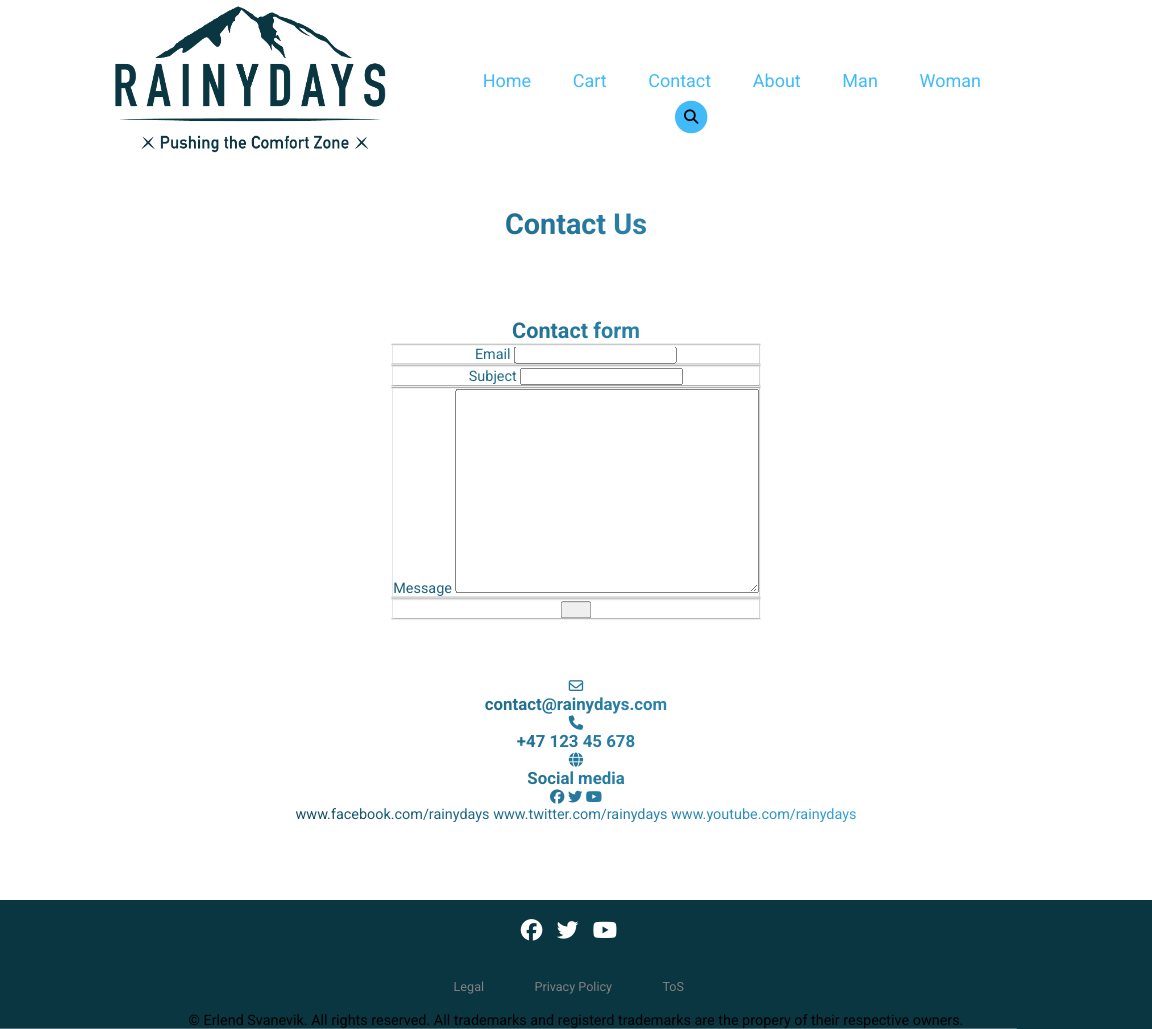
Repository: EpleWasTaken/RainyDays
Page: contact.html
The author's editor kept a copy of each file at every save. The page is drawn from the files as they stood at one save, then again after the next save.
The browser window is 1280 px wide. The pictures show the whole page, at 90% of full size.
Some web libraries are served in a nearby version.

Above is the page before, as saved 2020-10-31 17:13:31.

### contact.html
<!DOCTYPE html>
<html lang="en">

<head>
  <title>Front Page</title>
  <meta charset="UTF-8">
  <meta name="viewport" content="width=device-width, initial-scale=1.0" />
  <link rel="stylesheet" href="https://fonts.googleapis.com/css2?family=Roboto:wght@400;700&display=swap" />
  <link rel="stylesheet" href="/css/styles.css" />
  <link rel="stylesheet" href="/css/footer.css" />
  <link rel="stylesheet" href="/css/contact.css" />
  <script src="https://kit.fontawesome.com/cafca22d75.js" crossorigin="anonymous"></script>
</head>

<body>
  <header>
    <div class="logo-container">
      <a href="index.html">
      <img src="./images/RainyDays_Logo.png" class="logo" alt="logo">
    </div>

    <nav>
      <ul class="nav-links">
        <li><a class="nav-link" href="index.html">Home</a></li>
        <li><a class="nav-link" href="cart.html">Cart</a></li>
        <li><a class="nav-link" href="contact.html">Contact</a></li>
        <li><a class="nav-link" href="about.html">About</a></li>
        <li><a class="nav-link" href="man.html">Man</a></li>
        <li><a class="nav-link" href="woman.html">Woman</a></li>
      </ul>
    </nav>
    <div class="search-box">
      <input class="search-txt" type="text" name="" placeholder="Type to search..." <a class="search-btn" href="#0">
      <i class="fas fa-search"></i>
      </a>
    </div>
  </header>
  <main>
    <h1>Contact Us</h1>
    <section class="contact-container">
      <section class="contact-form">
        <h2>Contact form</h2>
        <form action="submit.php" method="GET">
          <fieldset class="email">
            <label for="email">Email</label>
            <input type="email" name="email" placeholder="example@outlook.com">
          </fieldset>
          <fieldset class="subject">
            <label for="subject">Subject</label>
            <input type="subject" name="subject" placeholder="Subject">
          </fieldset>
          <fieldset class="message">
            <label for="message">Message</label>
            <textarea name="message" id="message" cols="40" rows="15"></textarea>
          </fieldset>
          <fieldset class="submit">
            <button class="btn-submit">Send</button>
          </fieldset>
        </form>
    </section>
    <section class="other-contacts">
      <div class="email">
        <i class="far fa-envelope"></i>
        <h3>contact@rainydays.com</h3>
      </div>
      <div class="phone">
        <i class="fas fa-phone"></i>
        <h3>+47 123 45 678</h3>
      </div>
      <div class="social-media">
        <i class="fas fa-globe"></i>
        <h3>Social media</h3>
        <div class="social-media-icons">
          <a href="#0"><i class="fab fa-facebook"></i></a>
          <a href="#0"><i class="fab fa-twitter"></i></a>
          <a href="#0"><i class="fab fa-youtube"></i></a>
        </div>
      </div>
      <div class="social-media-links">
        <a href="#0">www.facebook.com/rainydays</a>
        <a href="#0">www.twitter.com/rainydays</a>
        <a href="#0">www.youtube.com/rainydays</a>
      </div>
    </section>
  </main>
  <footer class="footer">
    <div class="footer-container">
      <ul class="footer-social">
        <li>
          <a href="#0" class="facebook"><i class="fab fa-facebook"></i></a>
        </li>
        <li>
          <a href="#0" class="twitter"><i class="fab fa-twitter"></i></a>
        </li>
        <li>
          <a href="#0" class="youtube"><i class="fab fa-youtube"></i></a>
        </li>
      </ul>
    </div>
    <div class="footer-container">
      <div class="footer-legal">
        <a href="#0">Legal</a>
        <a href="#0">Privacy Policy</a>
        <a href="#0">ToS</a>
      </div>
      <div class="footer-copyright">
        &copy; Erlend Svanevik. All rights reserved. All trademarks and registerd trademarks are the propery of
        their respective owners.
      </div>
  </footer>
</body>

</html>

### css/styles.css
* {
	margin: 0;
	padding: 0;
	box-sizing: border-box;
}

body {
	font-family: "Roboto", sans-serif;
}

button {
	font-family: "Roboto", sans-serif;
}

header {
	display: flex;
	width: 80%;
	height: 25vh;
	margin: auto;
	align-items: center;
}

.logo-container,
.nav-links,
.search {
	display: flex;
}

.logo-container {
	flex: 1;
}

.logo {
	width: 300px;
}

nav {
	display: flex;
	flex: 4;
	justify-content: center;
	align-items: center;
	margin: auto;
}

.nav-links {
	justify-content: space-between;
	list-style: none;
	height: 30px;
	align-items: center;
	width: 600px;
}

.nav-link {
	display: flex;
	color: #40baf9;
	font-size: 20px;
	text-decoration: none;
}

.search {
	flex: 1;
	justify-content: flex-end;
}

.presentation {
	display: flex;
	width: 80%;
	margin: auto;
	min-height: 80vh;
	align-items: center;
}

.introduction {
	flex: 1;
}

.slogan-text {
	font-size: 30px;
	font-weight: 500;
	background: linear-gradient(to right, #0a3641, #40baf9);
	-webkit-background-clip: text;
	-webkit-text-fill-color: transparent;
}

.slogan-text p {
	margin: 5px;
	font-size: 22px;
	color: grey;
}

.cta {
	padding: 50px 50px 0px 0px;
}

.cta-col {
	border: 2px solid #0a3641;
	background: transparent;
	color: #0a3641;
	width: 150px;
	height: 50px;
	cursor: pointer;
	font-size: 20px;
}

.cta-view {
	background: #0a3641;
	width: 150px;
	height: 50px;
	cursor: pointer;
	font-size: 20px;
	border: none;
	color: white;
	margin: 30px 0px 0px 30px;
}

.cover {
	flex: 1;
}

.cover img {
	height: 60vh;
}

/* SEARCHBAR */

.search-box {
	position: absolute;
	top: 18%;
	left: 60%;
	transform: translate(-50%, -50%);
	background: #40baf9;
	height: 36px;
	border-radius: 40px;
	padding: 10px;
	display: flex;
	justify-content: center;
	align-items: center;
}

.search-txt {
	border: none;
	background: none;
	outline: none;
	float: left;
	padding: 0;
	color: black;
	font-size: 16px;
	transition: 0.4s;
	line-height: 40px;
	width: 0px;
}

.search-box:hover > .search-txt {
	width: 240px;
	padding: 0 6px;
}

::placeholder {
	color: black;
}

.search-btn {
	color: #0a3641;
	float: right;
	width: 40px;
	height: 40px;
	border-radius: 50%;
}

.search-btn i {
	cursor: pointer;
}

@media screen and (max-width: 1024px) {
	.presentation {
		flex-direction: column;
	}

	.introduction {
		margin-top: 5vh;
		text-align: center;
	}

	.slogan-text h1 {
		font-size: 30px;
	}

	.slogan-text p {
		font-size: 18px;
	}

	.cta {
		padding: 10px 0px 20px 0px;
	}

	.logo {
		width: 270px;
	}

	.search-box {
		top: 18%;
		left: 70%;
		transform: none;
		width: 240px;
	}

	.nav-links {
		width: 400px;
	}

	nav {
		display: none;
	}

	.search-box {
		display: none;
	}
}

### css/footer.css
/* FOOTER */

footer {
	display: flex;
	flex-direction: column;
	justify-content: center;
	align-items: center;
	background-color: #0a3641;
	position: relative;
	bottom: 0;
	left: 0;
	right: 0;
}

.footer-social {
	display: flex;
	align-items: center;
	justify-content: center;
	list-style: none;
	padding: 20px;
	font-size: 1.5rem;
}

.footer-social li {
	margin-right: 1rem;
}

.footer-social a {
	text-decoration: none;
	color: white;
}

.footer-social li a.facebook:hover {
	color: #3b5998;
}

.footer-social li a.twitter:hover {
	color: #00acee;
}

.footer-social li a.youtube:hover {
	color: #c4302b;
}

.footer-legal {
	display: flex;
	justify-content: center;
	align-items: center;
	font-size: 2rem;
}

.footer-legal a {
	color: grey;
	text-decoration: none;
	margin-right: 1rem;
	font-size: 14px;
	padding: 20px;
}

.footer-legal a:hover {
	color: white;
}

.footer-copyright p {
	display: flex;
	text-decoration: none;
	margin-right: 1rem;
	font-size: 14px;
	padding: 20px;
}

/* MEDIA QUERIES */

@media screen and (max-with: 1024px) {
	footer .footer_container {
		flex-direction: row;
	}

	footer .footer_container.flex {
		display: unset;
	}

	.footer-container {
	}
}

### css/contact.css
* {
	margin: 0;
	padding: 0;
	box-sizing: inherit;
}

html {
	font-family: "Roboto", sans-serif;
	box-sizing: border-box;
}

main {
	padding-top: 50px;
	margin-left: 5rem;
	padding-right: 5rem;
}

h1 {
	display: flex;
	align-items: center;
	justify-content: center;
	margin: auto;
	background: linear-gradient(to right, #0a3641, #40baf9);
	-webkit-background-clip: text;
	-webkit-text-fill-color: transparent;
}

.contact-container {
	display: grid;
	grid-template-columns: 1fr;
	gap: 4rem 2rem;
	margin: 5%;
	background: linear-gradient(to right, #0a3641, #40baf9);
	-webkit-background-clip: text;
	-webkit-text-fill-color: transparent;
}

section.contact-container {
	display: flex;
	flex-direction: column;
	justify-content: space-between;
	text-align: center;
	height: 100%;
	padding: 30px;
}

section.contact-container .email,
section.contact-container .subject {
	font-size: 1rem;
}

section.contact-form {
	display: flex;
	flex-direction: column;
	align-items: center;
}

section .subject {
}

fieldset.message label {
}

fieldset {
	width: 100%;
}

@media screen and (max-width: 1024px) {
	.contact-container {
		grid-template-columns: 2fr 3fr;
	}
}

After the next save:
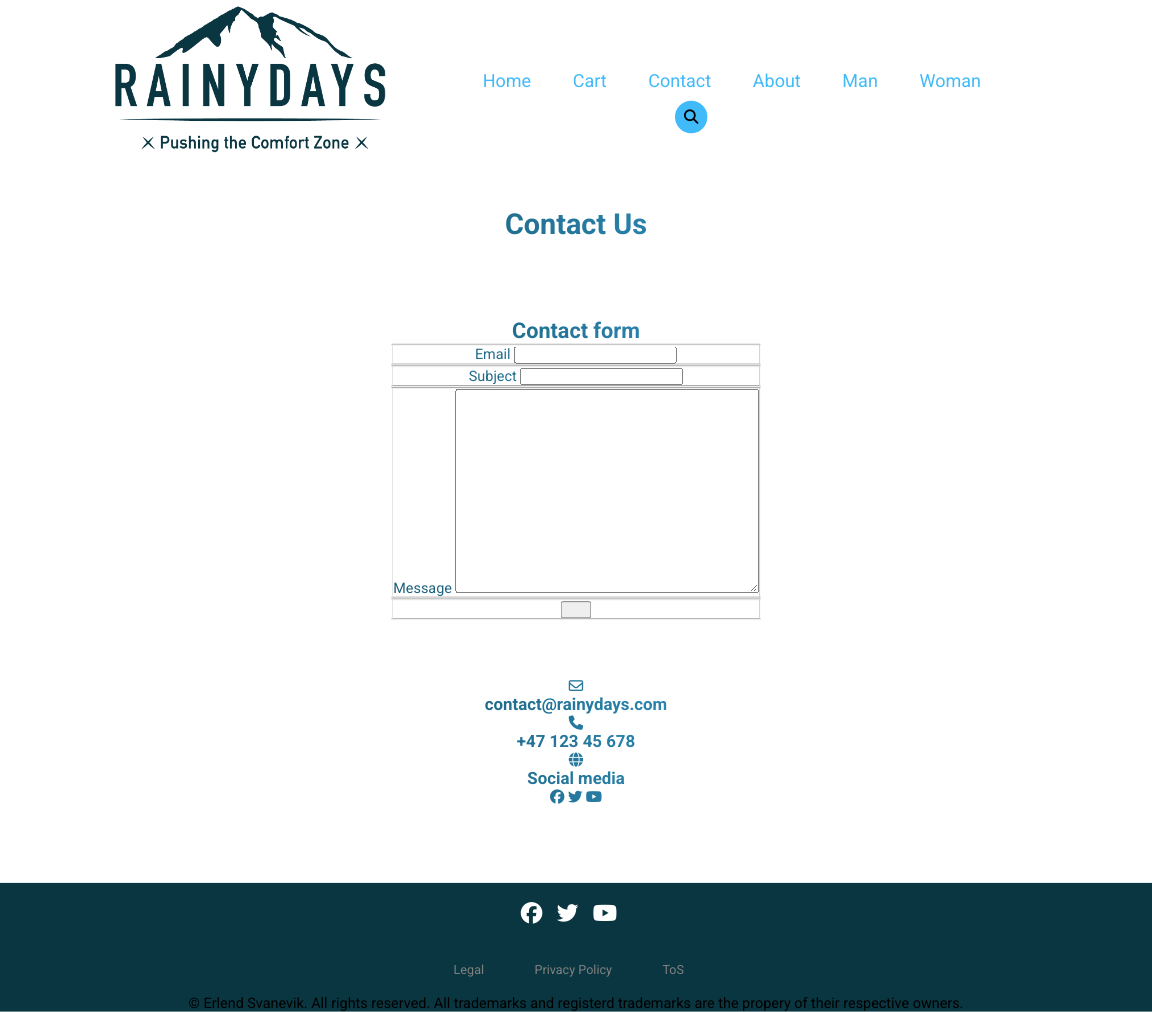
Saved 20 s later.
--- a/contact.html
+++ b/contact.html
@@ -76,11 +76,6 @@
           <a href="#0"><i class="fab fa-youtube"></i></a>
         </div>
       </div>
-      <div class="social-media-links">
-        <a href="#0">www.facebook.com/rainydays</a>
-        <a href="#0">www.twitter.com/rainydays</a>
-        <a href="#0">www.youtube.com/rainydays</a>
-      </div>
     </section>
   </main>
   <footer class="footer">
